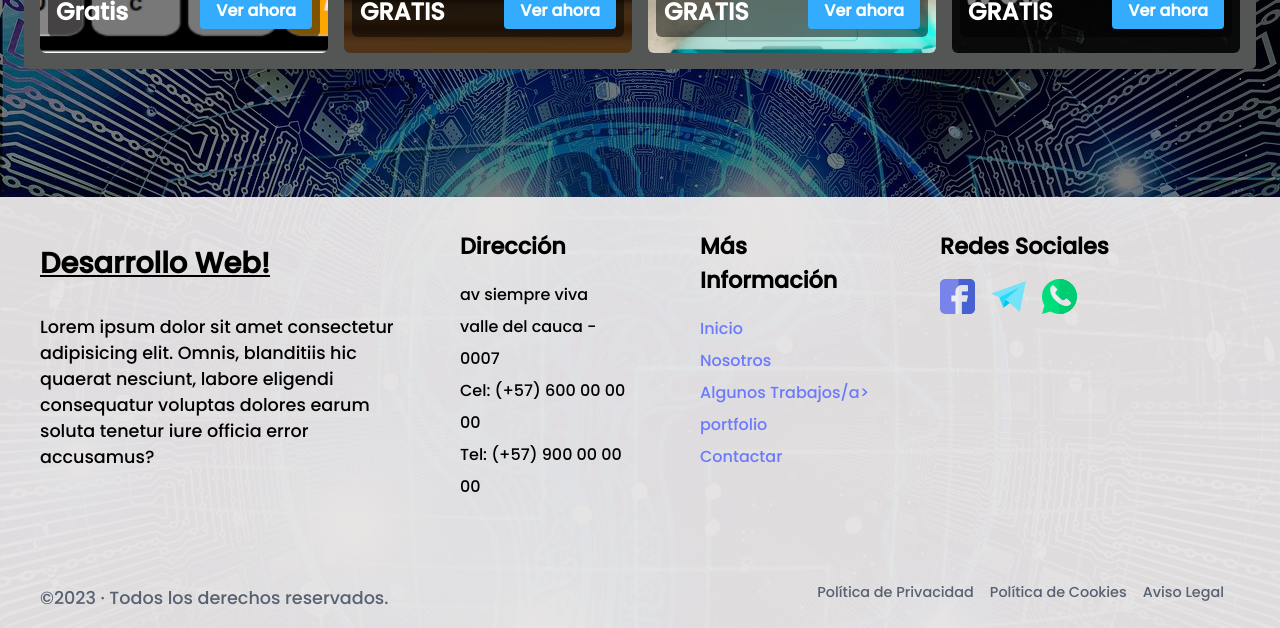
Repository: cega17/pagina-CegaWeb
Page: index.html
These files come from the project's save history. The page is drawn as it stood at one moment and after the next save; the edit follows.
The browser window is 1280 px wide. The pictures show the part of the page from y = 2577 to 3529 px (the page is 3205 px tall before and 3621 px after).
A picture or video elsewhere on the page could not be fetched, so the positions and the page height are approximate. Some web fonts or font styles are not loaded; a fallback is used.

Above is the page before, as saved 2023-10-06 20:49:43.

After the next save:
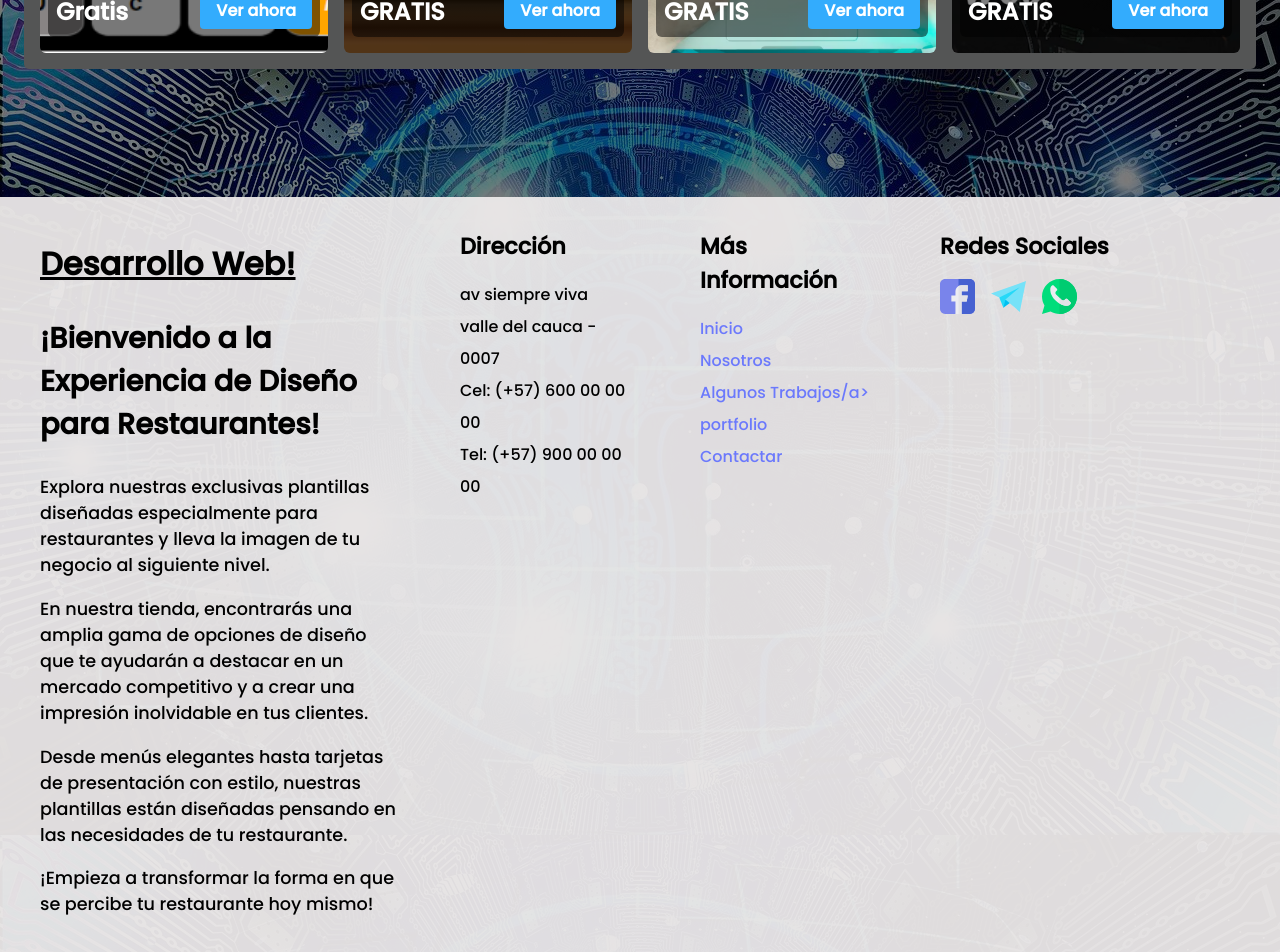
Saved 6 min 37 s later.
--- a/index.html
+++ b/index.html
@@ -198,12 +198,12 @@
     <footer class="footer" id="MiFooter">
       <div class="wrap-footer">
         <div class="text-element-footer element-footer">
-          <h3 class="main-c" style="text-decoration: underline;">Desarrollo Web!</h3>
-          <p>
-            Lorem ipsum dolor sit amet consectetur adipisicing elit. Omnis,
-            blanditiis hic quaerat nesciunt, labore eligendi consequatur
-            voluptas dolores earum soluta tenetur iure officia error accusamus?
-          </p>
+          <h2 class="main-c" style="text-decoration: underline;">Desarrollo Web!</h2>
+          <h3>¡Bienvenido a la Experiencia de Diseño para Restaurantes!</h3>
+                <p>Explora nuestras exclusivas plantillas diseñadas especialmente para restaurantes y lleva la imagen de tu negocio al siguiente nivel.</p>
+                <p>En nuestra tienda, encontrarás una amplia gama de opciones de diseño que te ayudarán a destacar en un mercado competitivo y a crear una impresión inolvidable en tus clientes.</p>
+                <p>Desde menús elegantes hasta tarjetas de presentación con estilo, nuestras plantillas están diseñadas pensando en las necesidades de tu restaurante.</p>
+                <p>¡Empieza a transformar la forma en que se percibe tu restaurante hoy mismo!</p>
         </div>
         <div class="text-element-footer element-footer">
           <h5>Dirección</h5>
